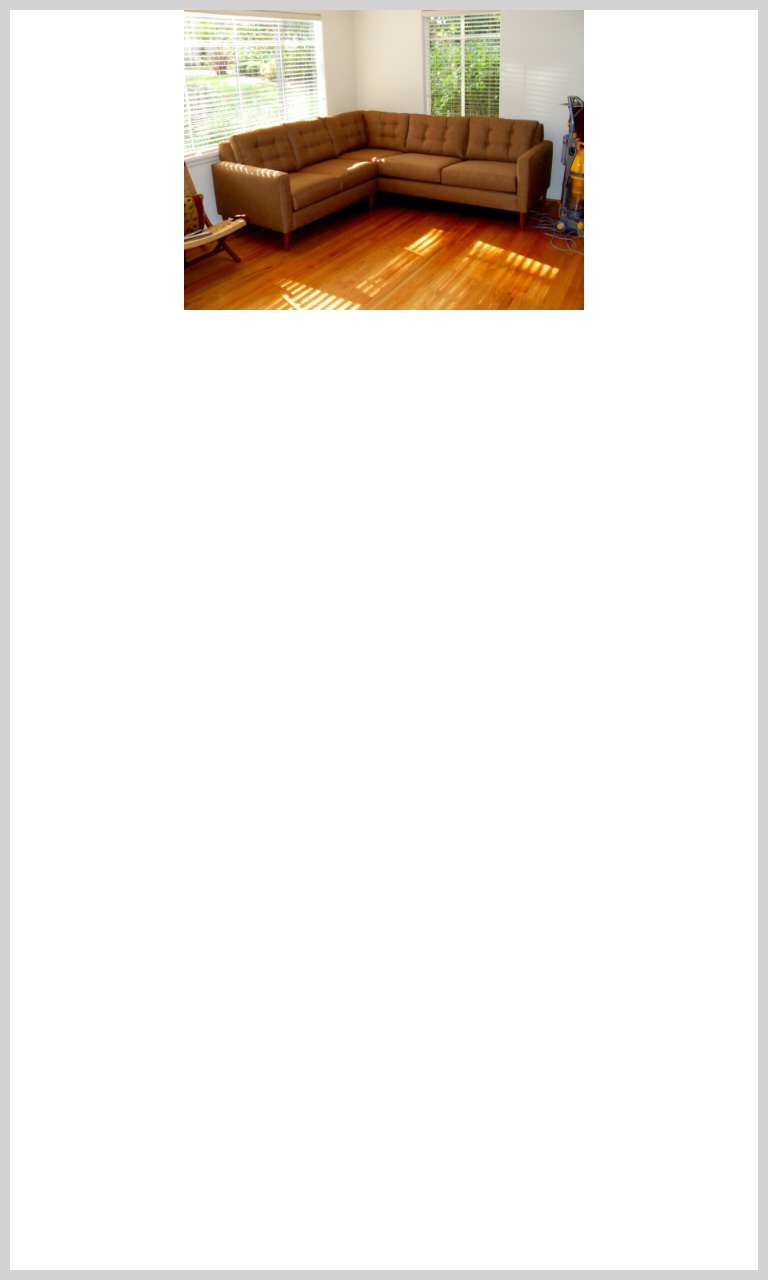
Repository: specialFX16/College-List
Layout: AndroidApp/CollegeList/res/layout/list_view_card.xml
An editor plug-in stored every save of this project. The layout is shown before and after the next save, followed by the edit.
It is drawn on a 768 x 1280 px phone screen (xhdpi) without system bars, with theme AppTheme; the app's code is not run.

Above is the layout before, as saved 2015-03-03 02:41:49.

### AndroidApp/CollegeList/res/layout/list_view_card.xml
<?xml version="1.0" encoding="utf-8"?>
<FrameLayout xmlns:android="http://schemas.android.com/apk/res/android"
    android:layout_width="match_parent"
    android:layout_height="match_parent"
    android:paddingLeft="5dp"
    android:paddingRight="5dp"
    android:paddingTop="5dp"
    android:paddingBottom="5dp"
    android:background="#d3d3d3"
    >

    <RelativeLayout
        android:layout_width="match_parent"
        android:layout_height="match_parent"
        android:background="#ffffff"
         >

        <ImageView
            android:id="@+id/main_list_image"
            android:layout_width="match_parent"
            android:layout_height="150dp"
            android:layout_alignParentTop="true"
            android:layout_centerHorizontal="true"
            android:src="@drawable/test_couch1" />

    </RelativeLayout>

</FrameLayout>

Loaded but not shown: AndroidApp/CollegeList/res/values/styles.xml (common file); AndroidApp/CollegeList/res/values-v11/styles.xml (common file); AndroidApp/CollegeList/res/values-v14/styles.xml (common file)

After the next save:
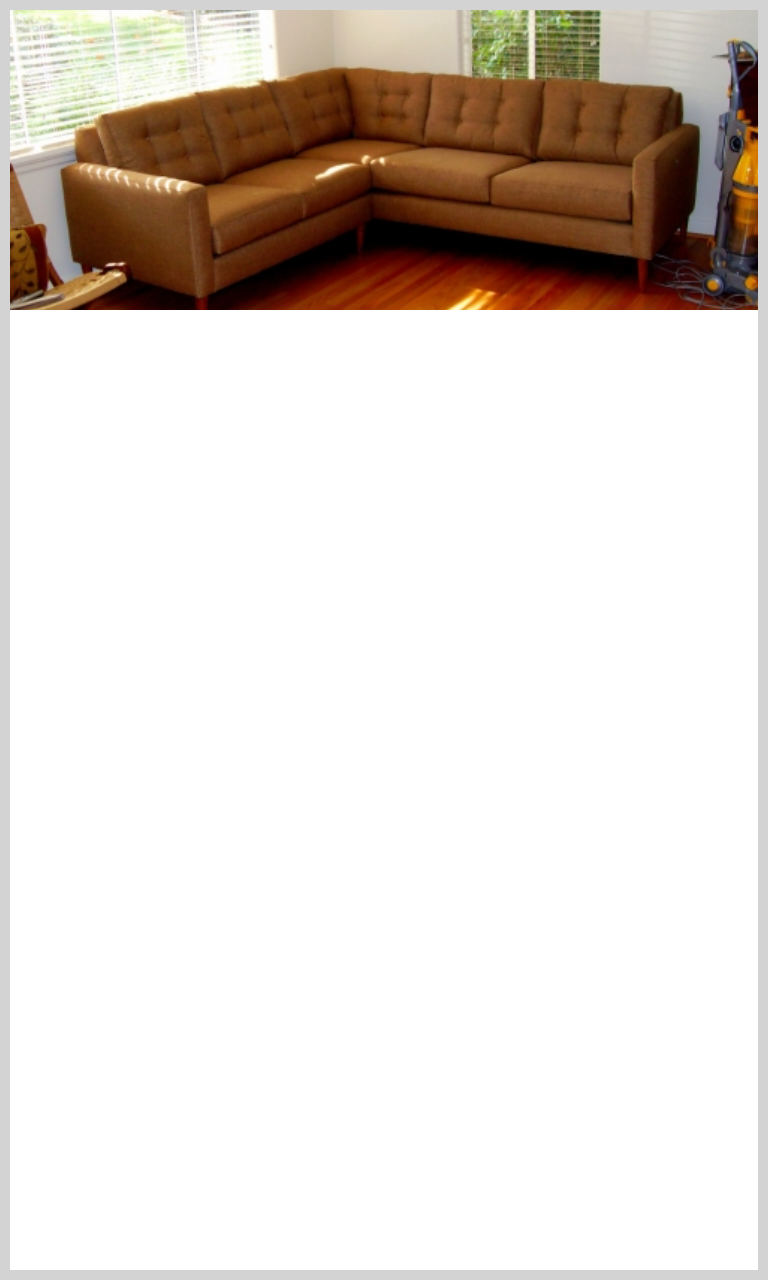
Saved 4 min 17 s later.
--- a/AndroidApp/CollegeList/res/layout/list_view_card.xml
+++ b/AndroidApp/CollegeList/res/layout/list_view_card.xml
@@ -21,7 +21,10 @@
             android:layout_height="150dp"
             android:layout_alignParentTop="true"
             android:layout_centerHorizontal="true"
-            android:src="@drawable/test_couch1" />
+            android:src="@drawable/test_couch1"
+            android:adjustViewBounds="true"
+            android:scaleType="centerCrop"
+            />
 
     </RelativeLayout>
 
